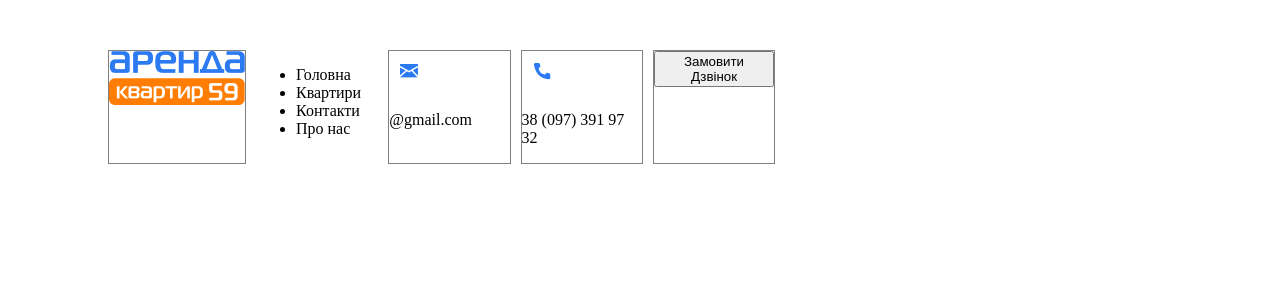
Repository: batonAnton/HW-7-grid
Page: index.html
An editor plug-in stored every save of this project. The page is shown before and after the next save, followed by the edit.
The browser window is 1280 px wide. The pictures show the whole page.

Above is the page before, as saved 2022-06-25 16:23:39.

### index.html
<!DOCTYPE html>
<html lang="en">
<head>
    <meta charset="UTF-8">
    <meta http-equiv="X-UA-Compatible" content="IE=edge">
    <meta name="viewport" content="width=device-width, initial-scale=1.0">
    <link rel="stylesheet" href="./css/styles2.css">
    <title>Grid</title>
</head>
        <div class="wrapper allstyles">
    <header>

            <div class="item logo "><img src="./images/logo.png" alt="logo"></div>
            <!-- <div class="item menu"> -->
                <ul>
                    <li>Головна</li>
                    <li>Квартири</li>
                    <li>Контакти</li>
                    <li>Про нас</li>
                </ul>
            <!-- </div> -->
            <div class="item mail">
                <img src="./images/email.png" alt="email">
                <p>@gmail.com</p>
            </div>
            <div class="item phone">
                <img src="./images/phone.png" alt="phone">
                <p>38 (097) 391 97 32</p>
            </div>
            <div class="item btn">
                    <button>Замовити Дзвінок </button>
            </div>

    </header>

        </div>

<!-- <div>
    <div>
        <div class="wrapper allstyles">
            <div class="wrapper-child logo">

            </div>
            <div class="wrapper-child">
                <nav>
                    <ul>
                        <li><img class="logo" src="./images/logo.png" alt="logo"></li>
                        <a href="">
                            <li>Головна</li>
                        </a>
                        <a href="">
                            <li>Квартири</li>
                        </a>
                        <a href="">
                            <li>Контакти</li>
                        </a>

                        <a href="">
                            <li>Про нас</li>
                        </a>

                    </ul>
                </nav>
            </div>
            <div class="wrapper-child email">

                <div>
                    <img class="email" src="./images/email.png" alt="email">
                    <a href=""> Gmail.com</a>
                </div>

            <div class="wrapper-child phone">

                    <img class="phone" src="./images/phone.png" alt="phone">
                    <a href="">+380 9738 109 81</a>
                </div>

            <div class="wrapper-child btn">
                <button>Замовити Дзвінок </button>
            </div>
            </div>

            <div class=" wrapper2 section allstyles">
                <div class="info">
                    <h1>Оренда Квартир</h1>
                    <p>На довгий термін <br> або подобово</p>
                    <button>Дивитись варіанти</button>
                </div>

                <div class="banner">
                    <img src="./images/bigBanner.png" alt="banner">
                </div>
            </div>
        </div>




    </header> -->




</body>
</html>

### css/styles2.css
.item {

  border: 1px solid gray;
}

.allstyles{
    margin: 50px 100px;
}

header {
  display: grid;
  gap: 10px;
  grid-template-columns: repeat(8, 1fr);
  grid-template-rows: 1fr;
}

.wrapper{
    display: flex;
    justify-content: space-between;
}

.logo{
  grid-column: 1;
}

.menu {
  grid-column: 2/3;
  grid-row: 1;
}

.main {
  grid-colum: 2/3;
}

After the next save:
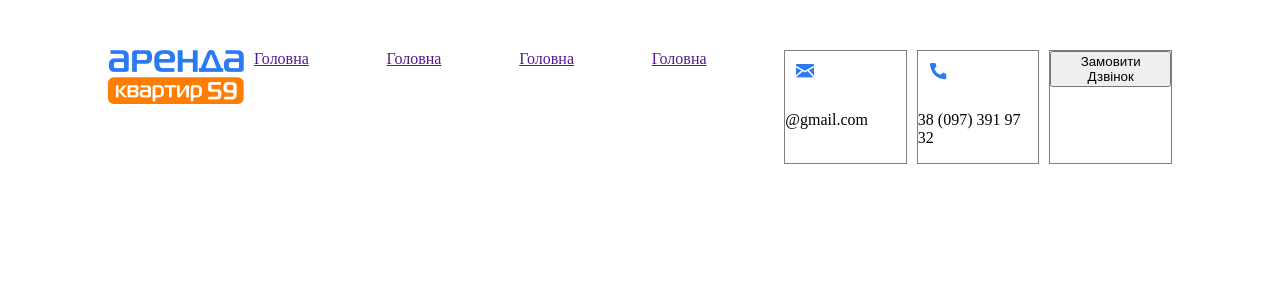
Saved 5 min 57 s later.
--- a/index.html
+++ b/index.html
@@ -10,14 +10,18 @@
         <div class="wrapper allstyles">
     <header>
 
-            <div class="item logo "><img src="./images/logo.png" alt="logo"></div>
+            <!-- <div class="item logo "> -->
+                <img src="./images/logo.png" alt="logo">
             <!-- <div class="item menu"> -->
-                <ul>
-                    <li>Головна</li>
-                    <li>Квартири</li>
-                    <li>Контакти</li>
-                    <li>Про нас</li>
-                </ul>
+                <!-- <ul>
+                    <li></li> -->
+
+                    <a href="" >Головна</a>
+                   <a href="">Головна</a>
+                    <a href="">Головна</a>
+                    <a href="">Головна</a>
+
+
             <!-- </div> -->
             <div class="item mail">
                 <img src="./images/email.png" alt="email">
